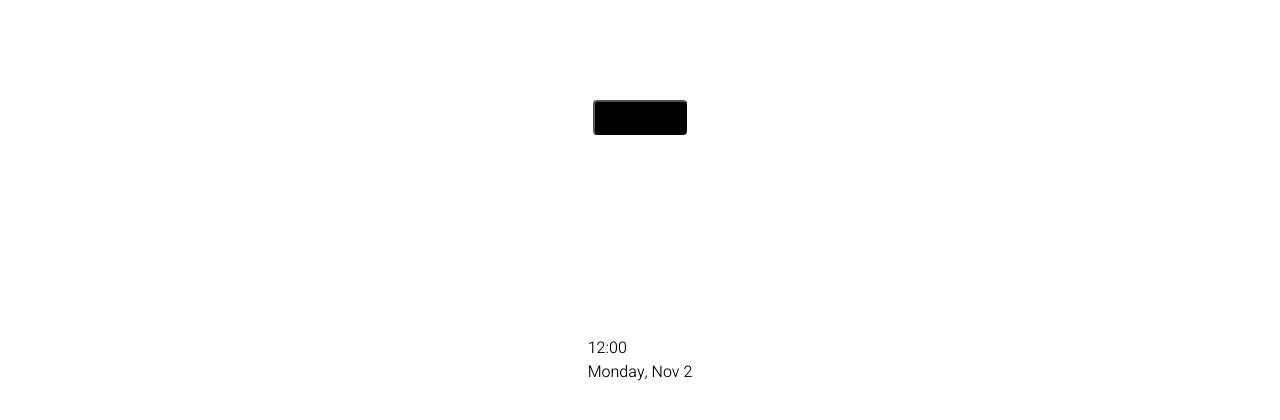
Repository: eagle-tex/50-projects-BT
Page: 19-theme-clock/index.html
The author's editor kept a copy of each file at every save. The page is drawn from the files as they stood at one save, then again after the next save.
The browser window is 1280 px wide. The pictures show the whole page.

Above is the page before, as saved 2021-01-15 21:32:25.

After the next save:
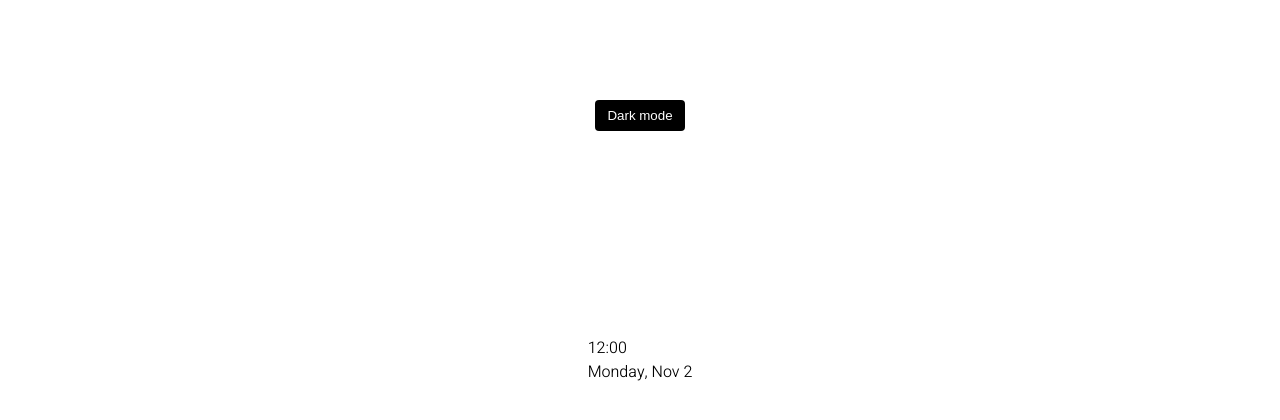
Saved 5 s later.
--- a/19-theme-clock/style.css
+++ b/19-theme-clock/style.css
@@ -39,7 +39,8 @@ body {
 
 .toggle {
   background-color: var(--primary-color);
-  color: var(--secondary-color)border: 0;
+  color: var(--secondary-color);
+  border: 0;
   border-radius: 4px;
   -webkit-border-radius: 4px;
   -moz-border-radius: 4px;
